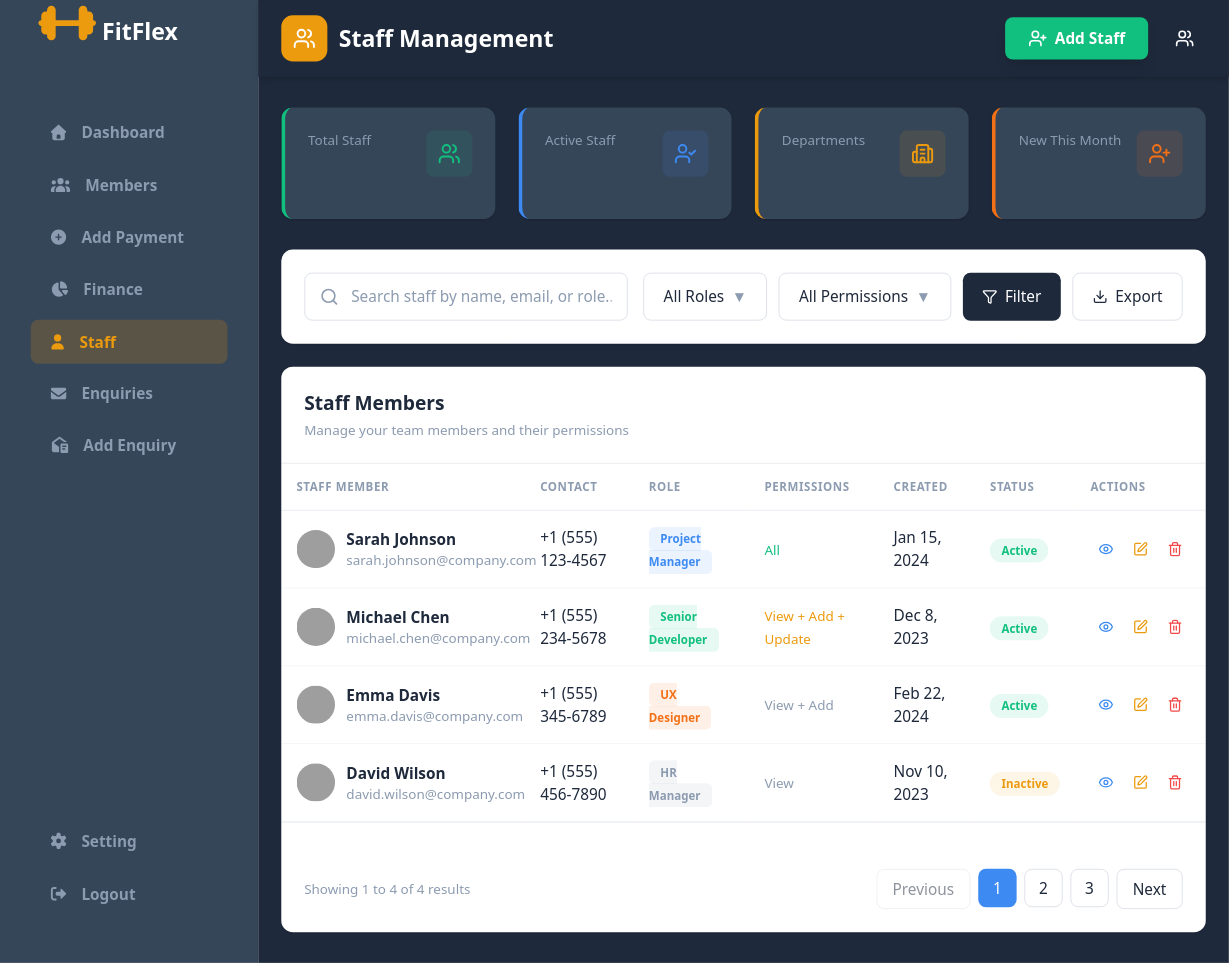
Repository: MuhammadTalhaTaj/gym_management_app_backend
Page: /staff (app in frontend/)
The author's editor kept a copy of each file at every save. The page is drawn from the files as they stood at one save, then again after a run of saves.
The browser window is 1280 px wide. The pictures show the whole page, at 96% of full size.
Pictures or frames that could not be fetched are drawn as grey boxes. The project was rebuilt for these pictures with package versions that can differ from the ones it lists, and the page was loaded fresh each time. Also part of the build but not shown: frontend/vite.config.ts, frontend/src/assets/styles/AdminHeader.css, frontend/src/Components/AdminHeader.tsx, frontend/src/assets/styles/AdminDashboard.css, frontend/src/hooks/useDashboardData.ts, frontend/src/assets/styles/AdminDashboardStats.css, frontend/src/Components/AdminDashboardStats.tsx, frontend/src/Components/IncomeExpenseChart.tsx and 30 more.

Above is the page before, as saved 2025-11-21 09:58:07.

After the next 3 saves:
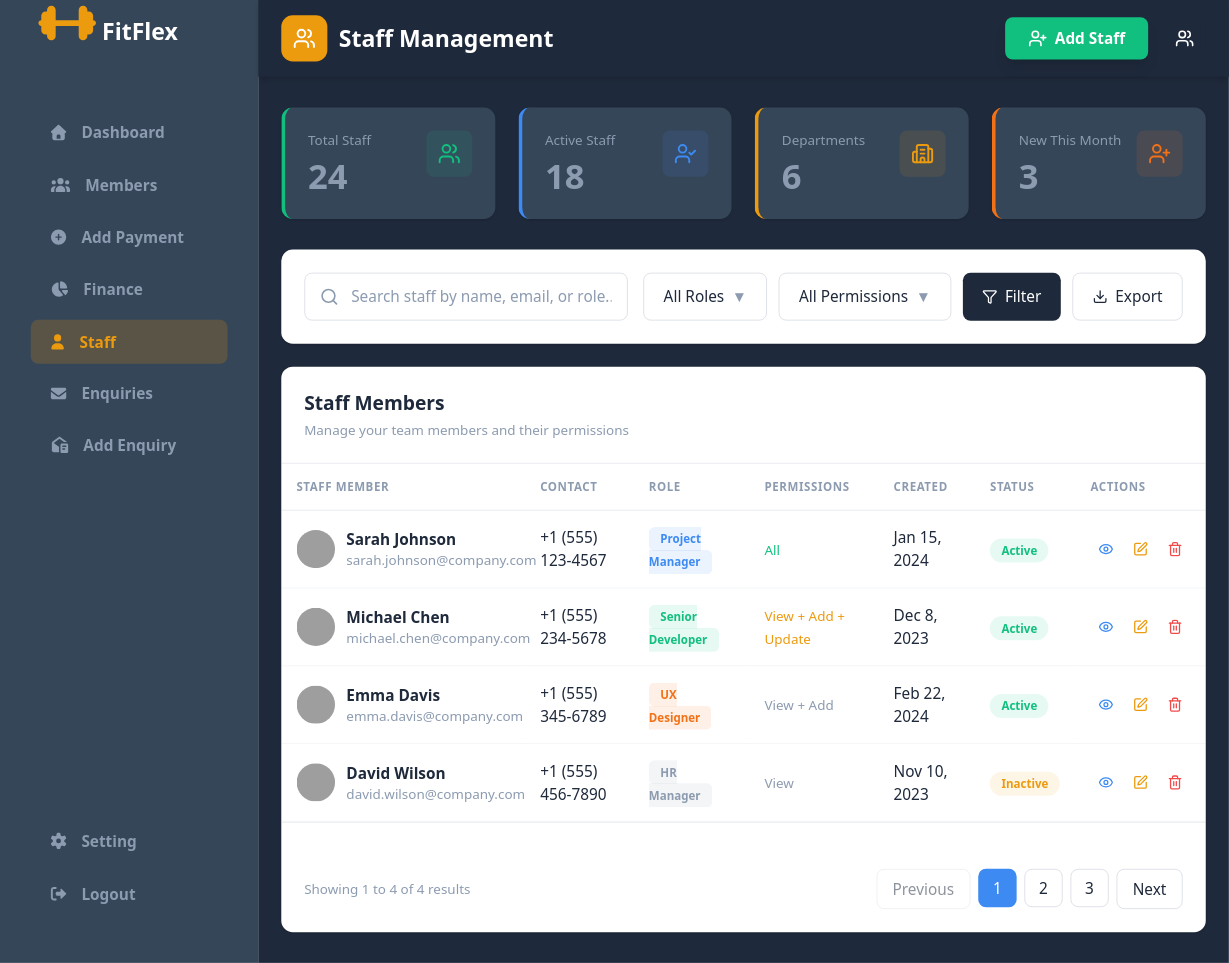
The 3 saves are shown as one change because they came seconds apart.
The last was saved 7 s later.
--- a/frontend/src/pages/Admin/Staff.tsx
+++ b/frontend/src/pages/Admin/Staff.tsx
@@ -64,7 +64,7 @@ const StatCard = ({ stat }) => {
       <div className="flex items-start justify-between">
         <div>
           <p className="text-[#8C9BB0] text-sm font-medium mb-2">{stat.label}</p>
-          <h3 className="text-[var(--primary-100)] text-4xl font-bold">{stat.value}</h3>
+          <h3 className="text-[var(--primary-300)] text-4xl font-bold">{stat.value}</h3>
         </div>
         <div className={`${stat.color} ${stat.iconColor} p-3 rounded-lg`}>
           <Icon className="w-6 h-6" />
